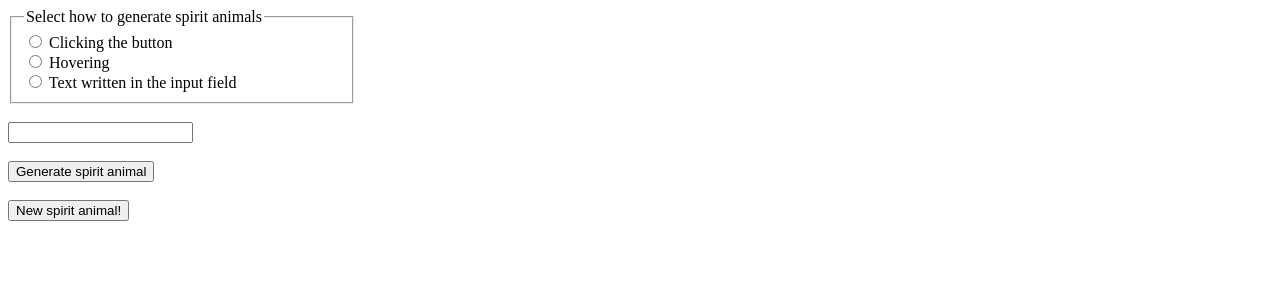
Repository: andrii1/hyf-homework
Page: javascript/javascript2/week1/name-generator.html
The author's editor kept a copy of each file at every save. The page is drawn from the files as they stood at one save, then again after the next save.
The browser window is 1280 px wide. The pictures show the whole page.

Above is the page before, as saved 2022-06-25 15:14:02.

### javascript/javascript2/week1/name-generator.html
<!DOCTYPE html>
<html lang="en">
<head>
  <meta charset="UTF-8">
  <meta http-equiv="X-UA-Compatible" content="IE=edge">
  <meta name="viewport" content="width=device-width, initial-scale=1.0">
  <title>Spirit animal name generator</title>
</head>
<body>
  <fieldset style="width: 25%;">
    <legend>Select how to generate spirit animals</legend>

    <div>
      <input type="radio" id="clicking-button" name="radio" value="clicking-button">
      <label for="clicking-button">Clicking the button</label>
    </div>

    <div>
      <input type="radio" id="hovering" name="radio" value="hovering">
      <label for="hovering">Hovering</label>
    </div>

    <div>
      <input type="radio" id="writing-text" name="radio" value="writing-text">
      <label for="writing-text">Text written in the input field</label>
    </div>
  </fieldset>
  <br>

  <form action="#">
    <input type="text" id="input"><br>
    <br>
    <input type="submit" id="button" value="Generate spirit animal">
  </form>
  <br>
  <button id="new-animal">New spirit animal!</button>
  <div id="display"></div>
  <script src="app.js"></script>
</body>
</html>

### javascript/javascript2/week1/app.js
const animals = [
  "spirit cat",
  "moon dog",
  "crying snake",
  "dangerous lion",
  "yellow tiger",
  "sun bear",
  "jupiter crocodile",
  "mars shark",
  "venus whale",
  "saturn crocodile",
];
const input = document.getElementById("input");
const button = document.getElementById("button");
const display = document.getElementById("display");
const newAnimalButton = document.getElementById("new-animal");
const radios = document.getElementsByName("radio");

for (let i = 0; i < radios.length; i++) {
  radios[i].addEventListener("change", function () {
    if (radios[i].checked && radios[i].value === "clicking-button") {
      alert(radios[i].value);
      button.addEventListener("click", generateSpiritAnimal);
    } else if (radios[i].checked && radios[i].value === "hovering") {
      //if (input.value != "") {
      input.addEventListener("mouseleave", generateSpiritAnimal);
      //}
    } else if (radios[i].checked && radios[i].value === "writing-text") {
    }
  });
}
function generateSpiritAnimal() {
  const text = input.value;
  if (typeof text !== "string" || text === "") {
    throw new Error("Name must be a non-empty string");
  }

  display.innerHTML = `${text} - The ${
    animals[Math.floor(Math.random() * animals.length)]
  }`;
}

function newSpiritAnimal() {
  const animal = display.innerHTML;
  if (animal === "") {
    throw new Error("Generate animal first!");
  }
  const text = input.value;
  display.innerHTML = `${text} - The ${
    animals[Math.floor(Math.random() * animals.length)]
  }`;
}

newAnimalButton.addEventListener("click", newSpiritAnimal);

After the next save:
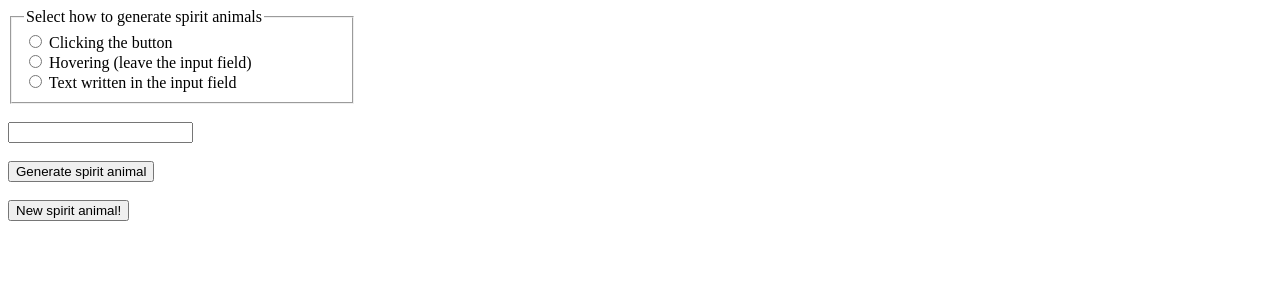
Saved 28 s later.
--- a/javascript/javascript2/week1/name-generator.html
+++ b/javascript/javascript2/week1/name-generator.html
@@ -17,7 +17,7 @@
 
     <div>
       <input type="radio" id="hovering" name="radio" value="hovering">
-      <label for="hovering">Hovering</label>
+      <label for="hovering">Hovering (leave the input field)</label>
     </div>
 
     <div>
